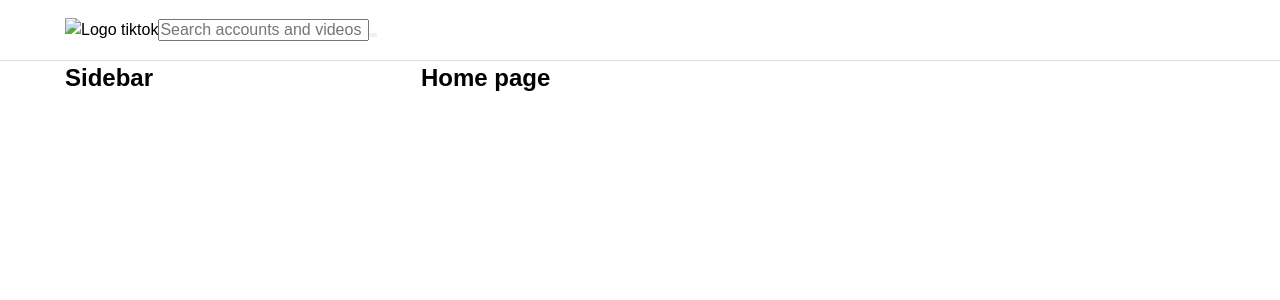
Repository: ChiNg22nd04/tiktok-ui
Page: /
These files come from the project's save history. The page is drawn as it stood at one moment and after a run of saves; the edit follows.
The browser window is 1280 px wide. The pictures show the whole page.
Some web fonts or font styles are not loaded; a fallback is used. The project was rebuilt for these pictures with package versions that can differ from the ones it lists, and the page was loaded fresh each time. Also part of the build but not shown: src/components/Layout/HeaderOnlyLayout/index.js, src/pages/Following/index.js, src/pages/Profile/index.js, src/pages/Upload/index.js.

Above is the page before, as saved 2024-04-08 16:24:42.

After the next 6 saves:
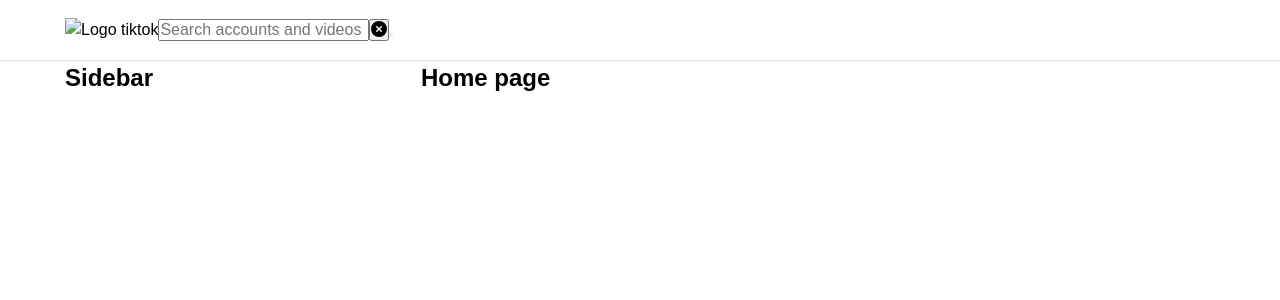
The 6 saves are shown as one change because 2 did not build or start and some came seconds apart.
The last was saved 20 s later.
--- a/src/components/Layout/components/Header/index.js
+++ b/src/components/Layout/components/Header/index.js
@@ -2,6 +2,7 @@
 import styles from './Header.module.scss';
 import images from '~/assets/images';
 import { FontAwesomeIcon } from '@fortawesome/react-fontawesome';
+import { faCircleXmark } from '@fortawesome/free-solid-svg-icons';
 
 
 const cx = classNames.bind(styles);
@@ -17,7 +18,7 @@
                 <div className={cx('search')}>
                     <input placeholder='Search accounts and videos' spellCheck='false'/>
                     <button className={cx('clear-btn')}>
-                        <FontAwesomeIcon icon />
+                        <FontAwesomeIcon icon={faCircleXmark}/>
                     </button>
                     <button className={cx('search-btn')}>
                         {/* Icon Search */}
